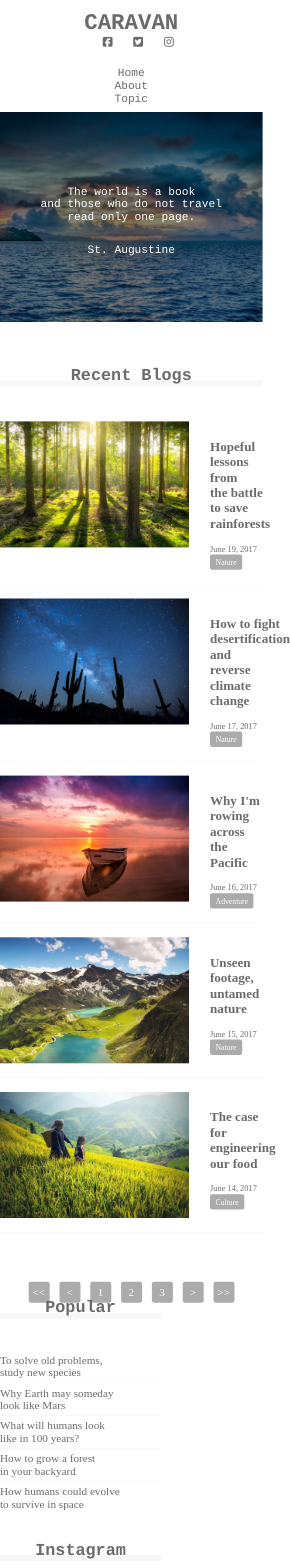
Repository: momopomi/htmlcss
Page: caravan/index.html
The author's editor kept a record of every edit. The page is drawn from the files as they stood at one moment, then again after the next edit.
The browser window is 375 px wide. The page is 414 px wide, then 375 px, so the pictures cover 414 px, including what lies to the right of the window. The pictures show the part of the page from y = 0 to 2240 px (the page is 3195 px tall before and 3121 px after), at 70% of full size.
Some web libraries are served in a nearby version.

Above is the page before.

After the next edit:
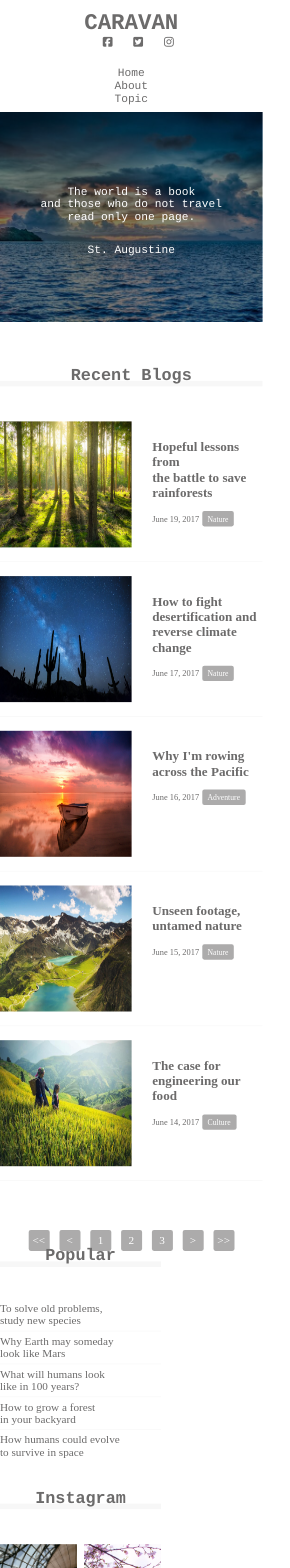
The edit:
--- a/caravan/style.css
+++ b/caravan/style.css
@@ -255,34 +255,8 @@
     width: 100%; /* 横幅100% */
   }
 
-  .blog-heading {
-    border-bottom: 8px solid #f7f7f7;
-    text-align: center;
-    line-height: 0.6;
-  }
-
-  .blog-box {
-    padding-top: 50px;
-  }
-
-  .blog-item {
-    padding-bottom: 20px;
-    margin-bottom: 20px;
-    border-bottom: 1px solid #f7f7f7;
-    display: flex;
-    justify-content: flex-start;
-  }
-
   .blog-image {
-    height: 180px;
-  }
-
-  .blog-text {
-    padding: 25px 0 0 30px;
-  }
-
-  .blog-text-heading {
-    padding-bottom: 15px;
+    width: 50%;
   }
 
   .blog-date {
